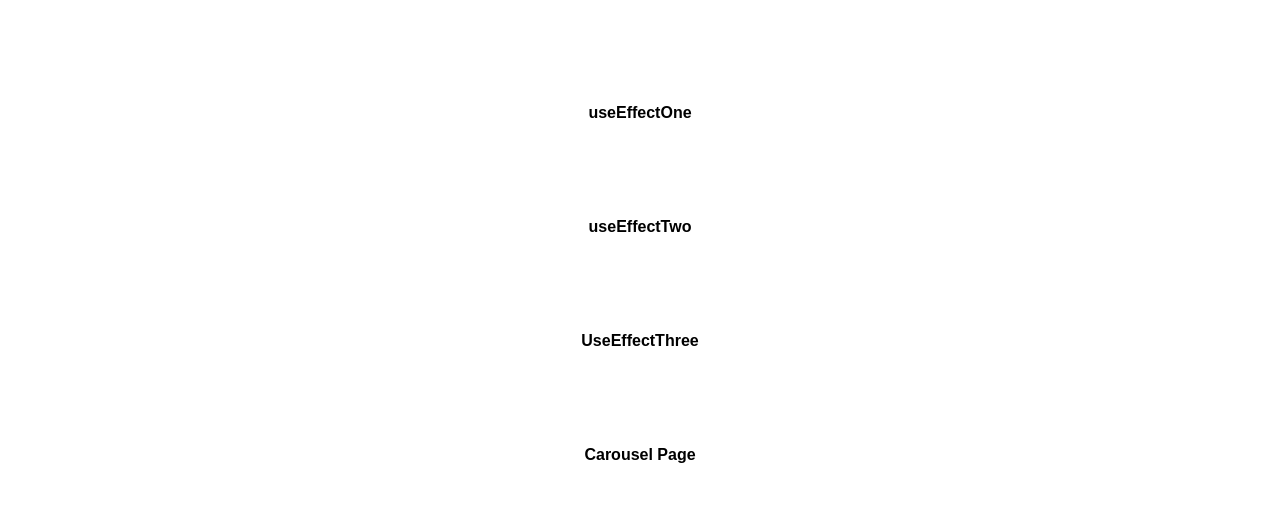
Repository: jjennbui/class8
Page: /
The author's editor kept a copy of each file at every save. The page is drawn from the files as they stood at one save, then again after a run of saves.
The browser window is 1280 px wide. The pictures show the whole page.
The project was rebuilt for these pictures with package versions that can differ from the ones it lists, and the page was loaded fresh each time. The framework's server and built-in components were replaced by stand-ins that run in the browser. Also part of the build but not shown: next.config.js.

Above is the page before, as saved 2023-02-20 17:36:04.

### pages/index.js
import Head from 'next/head'
import styles from '@/styles/Home.module.css'
import Link from 'next/link'


export default function Home() {
  return (
    <>
      <Head>
        <title>Create Next App</title>
        <meta name="description" content="Generated by create next app" />
        <meta name="viewport" content="width=device-width, initial-scale=1" />
        <link rel="icon" href="/favicon.ico" />
      </Head>

      <main className={styles.main}>
        <Link href="/useEffectOne" className={styles.text}>useEffectOne</Link>
        <Link href="/useEffectTwo" className={styles.text}>useEffectTwo</Link>
        <Link href="/useEffectThree" className={styles.text}>UseEffectThree</Link>
        <Link href="/carouselPage" className={styles.text}>Carousel Page</Link>
      </main>
    </>
  )
}

### styles/globals.css
:root {

}

### styles/Home.module.css
.main {

  display: flex;
  flex-direction: column;
  justify-content: space-between;
  align-items: center;
  padding: 6rem;
  min-height: 50vh;

}

.text{
  color: black;
  text-decoration: none;
  font-family: Arial, Helvetica, sans-serif;
  font-weight: bold;

}

Loaded but not shown: pages/_app.js (common file); pages/_document.js (common file)

After the next 7 saves:
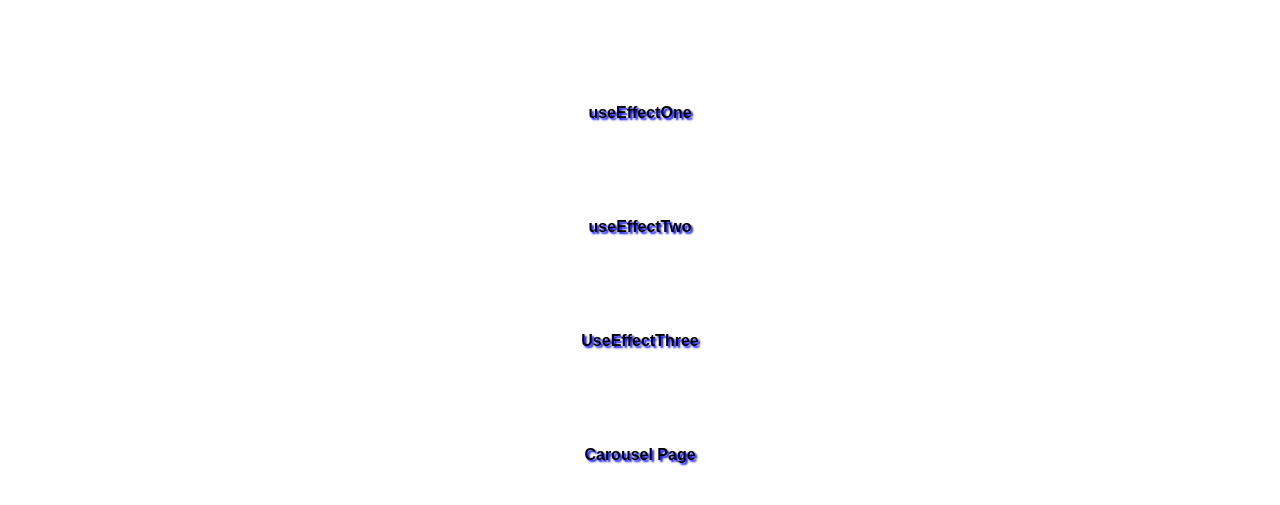
The 7 saves are shown as one change because they came seconds apart.
The last was saved 21 s later.
--- a/styles/Home.module.css
+++ b/styles/Home.module.css
@@ -14,5 +14,5 @@
   text-decoration: none;
   font-family: Arial, Helvetica, sans-serif;
   font-weight: bold;
-
+  text-shadow: 2px 2px 2px blue ;
 }
